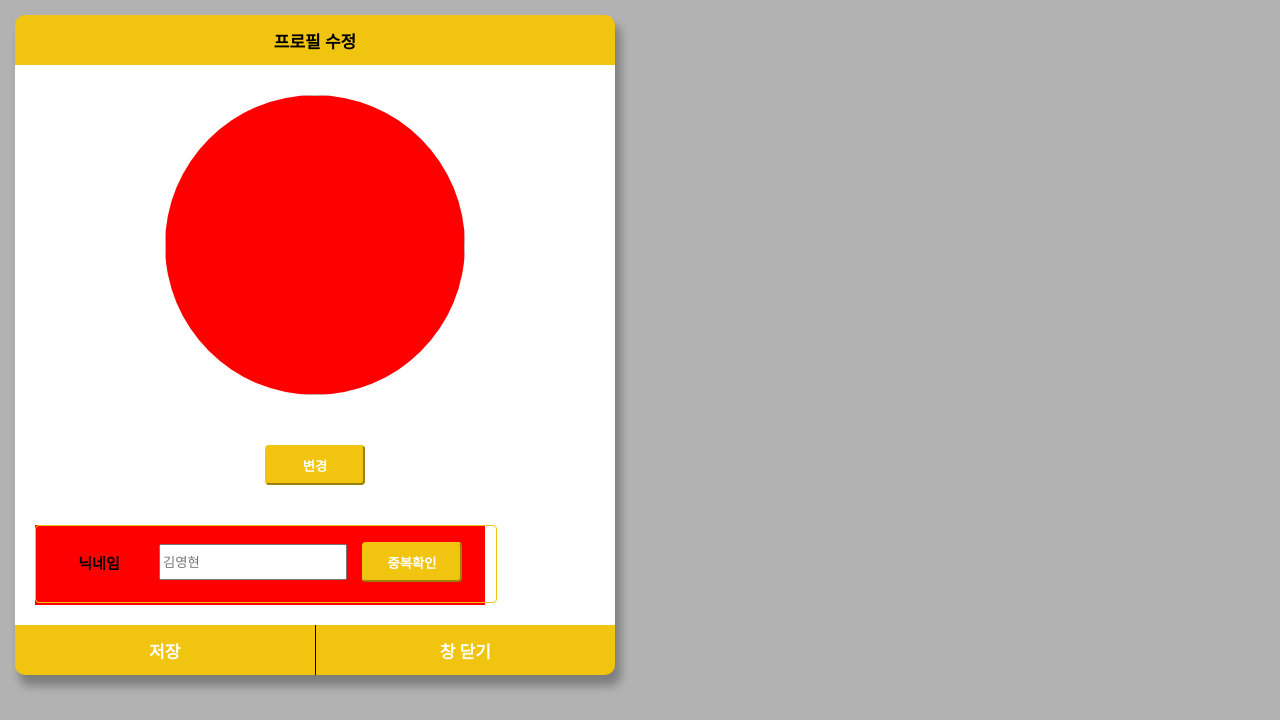
Repository: Corn-Market/Front-end
Page: http://localhost/CornMarket/resources/views/popup_profile_update.jsp
These files come from the project's save history. The page is drawn as it stood at one moment and after the next save; the edit follows.
The browser window is 1280 px wide. The pictures show the whole page.
The page is served by Tomcat 9. Other server files are loaded and not shown.

Above is the page before, as saved 2022-12-19 06:32:22.

### CornMarket/src/main/webapp/resources/views/popup_profile_update.jsp
<%@ page language="java" contentType="text/html; charset=UTF-8"
    pageEncoding="UTF-8"%>
<%@ taglib uri="http://java.sun.com/jsp/jstl/core" prefix="c" %>
<c:set var="path" value="${pageContext.request.contextPath}"/>
<!DOCTYPE html>
<html>
<head>
<meta charset="EUC-KR">
<title>Insert title here</title>
<link rel="stylesheet" href="${path}/resources/css/popup_update.css"/>
<script src="https://ajax.googleapis.com/ajax/libs/jquery/3.5.1/jquery.min.js"></script><script src="https://ajax.googleapis.com/ajax/libs/jquery/3.5.1/jquery.min.js"></script>
</head>
<body>
	<div class="container">
        <div class="popup-wrap" id="popup">
          <div class="popup">
            <div class="popup-head">
                <span class="head-title">프로필 수정</span>
            </div>
            <div class="popup-body">
              <div class="body-content">
                <div class="body-titlebox">
                	<div class="update_first">
            			<img>
            			<input type="button" value="변경" onclick="change_img()">
        			</div>
                </div>
                <div class="body-contentbox">
                	 <div class="update_second">
			            <div class="up_main">
			                <div class="up_title">닉네임</div>
			                <input type="text" placeholder="김영현" class="update_nickname">
			                <input type="button" value="중복확인" class="double_check">
			            </div>
			        </div>
                </div>
              </div>
            </div>
            <div class="popup-foot">
              <span class="pop-btn confirm" id="confirm" onclick="">저장</span>
              <span class="pop-btn close" id="close" onclick="">창 닫기</span>
            </div>
          </div>
         </div>
    </div>
</body>
</html>

### CornMarket/src/main/webapp/resources/css/popup_update.css
.popup-wrap{
    background-color:rgba(0,0,0,.3);
    justify-content:center;
    align-items:center;
    position:fixed;
    top:0;
    left:0;
    right:0;
    bottom:0;
    padding:15px;

  }

  .popup{
    width:1000px;
    max-width:600px;
    border-radius:10px;
    overflow:hidden;
    background-color:rgb(241, 196, 15);
    font-size: 17px;
    font-weight: bold;
    box-shadow: 5px 10px 10px 1px rgba(0,0,0,.3);
  }

  .popup-head{
    width:100%;
    height:50px;
    display:flex;
    align-items:center;
    justify-content:center;
  }

  .popup-body{
    background-color:#ffffff;
  }
  .body-content{
    padding:20px;
  }
  .body-titlebox{
    text-align:center;
    width:500px;
    height:350px;
    margin:10px auto;
  }

  .update_first img{
    width:300px;
    height:300px;
    border-radius: 50%;
    background-color: red;
    margin:0px auto;
    display: block;
}

.update_first input{
    width:100px;
    height:40px;
    margin:50px auto;
    border-radius: 4px;
    border-color: rgb(241, 196, 15);
    background-color: rgb(241, 196, 15);
    color: rgb(255, 255, 255);
    font-weight: bold;
    display: block;
}

  .body-contentbox{
  	width:450px;
  	height:80px;
  	background-color:red;
 S
  }

  .update_second{
    width:450px;
    margin:80px auto;
    padding:5px;
    border:0.3px solid rgb(241, 196, 15);
    border-radius: 4px;
}

.up_title{
    width:100px;
    height:50px;
    border-radius: 4px;
    font-size: 15px;
    font-weight: bold;
    text-align: center;
    line-height: 50px;
}

.update_nickname{
    width:180px;
    height:30px;
    margin-top: 5px;
    margin-right: 15px;
    margin-left: 10px;
}

.up_main{
    display:flex;
    height:50px;
    padding:8px;
}

.double_check{
    width:100px;
    height:40px;
    margin-top: 3px;
    border-radius: 4px;
    border-color: rgb(241, 196, 15);
    background-color: rgb(241, 196, 15);
    color: rgb(255, 255, 255);
    font-weight: bold;
    display: block;
}

  .popup-foot{
    width:100%;
    height:50px;
    display: flex;
  }

  .pop-btn{
    display:inline-flex;
    width:50%;
    height:100%;
    justify-content:center;
    align-items:center;
    float:left;
    color:rgb(255, 255, 255);
    cursor:pointer;
  }
  .pop-btn.confirm{
    border-right:1px solid black;
  }

  .search_btn{
  	 width:100px;
      height:40px;
      border-radius: 4px;
      border-color: rgb(241, 196, 15);
      background-color: rgb(241, 196, 15);
      color: rgb(255, 255, 255);
      font-weight: bold;
      display: block;
      margin:20px auto;
  }

  .body_contentbox h3{
  		text-align:center;
  }

After the next save:
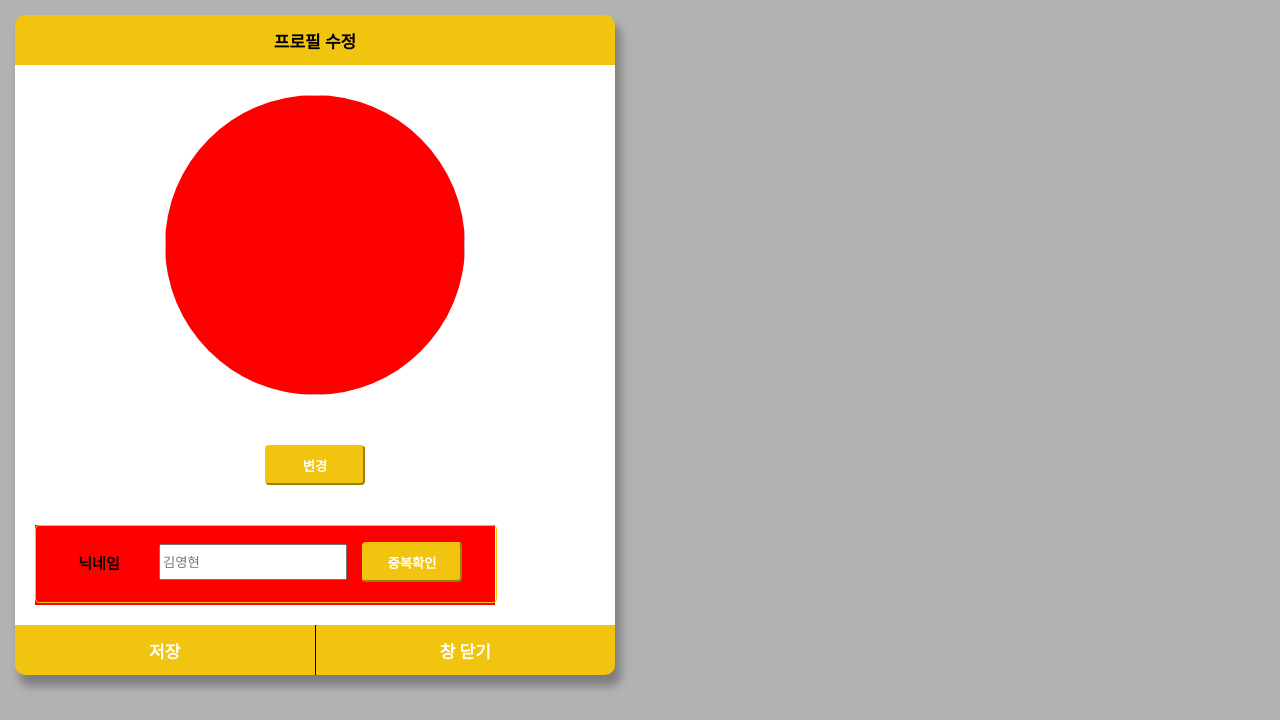
Saved 5 s later.
--- a/CornMarket/src/main/webapp/resources/css/popup_update.css
+++ b/CornMarket/src/main/webapp/resources/css/popup_update.css
@@ -65,7 +65,7 @@
 }
 
   .body-contentbox{
-  	width:450px;
+  	width:460px;
   	height:80px;
   	background-color:red;
  S
